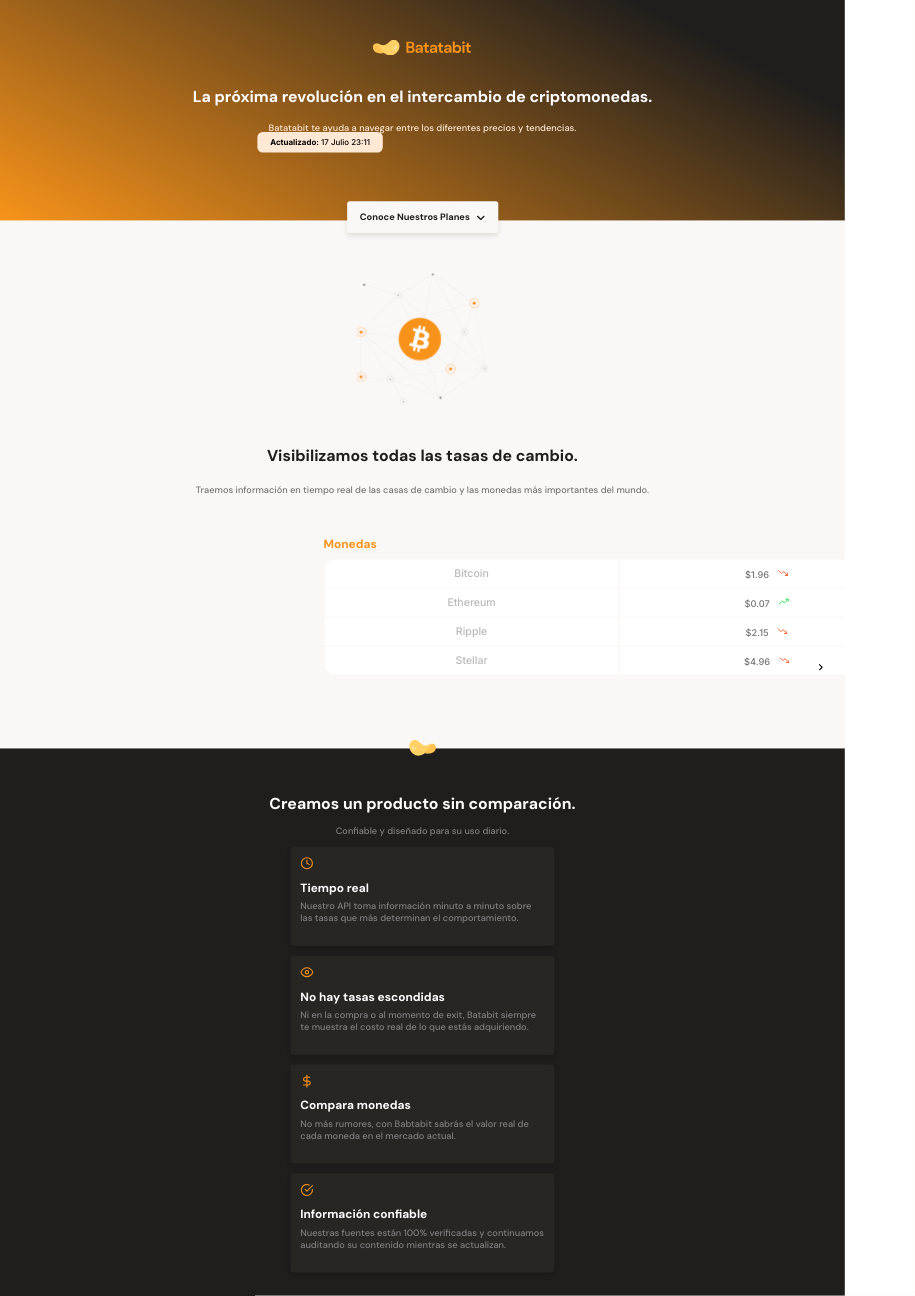
Repository: Pandrea-hub/Batatabit
Page: index.html
An editor plug-in stored every save of this project. The page is shown before and after the next save, followed by the edit.
The browser window is 1280 px wide. The page is 1386 px wide, so the pictures cover 1386 px, including what lies to the right of the window. The pictures show the whole page, at 66% of full size.

Above is the page before, as saved 2022-04-19 09:05:12.

After the next save:
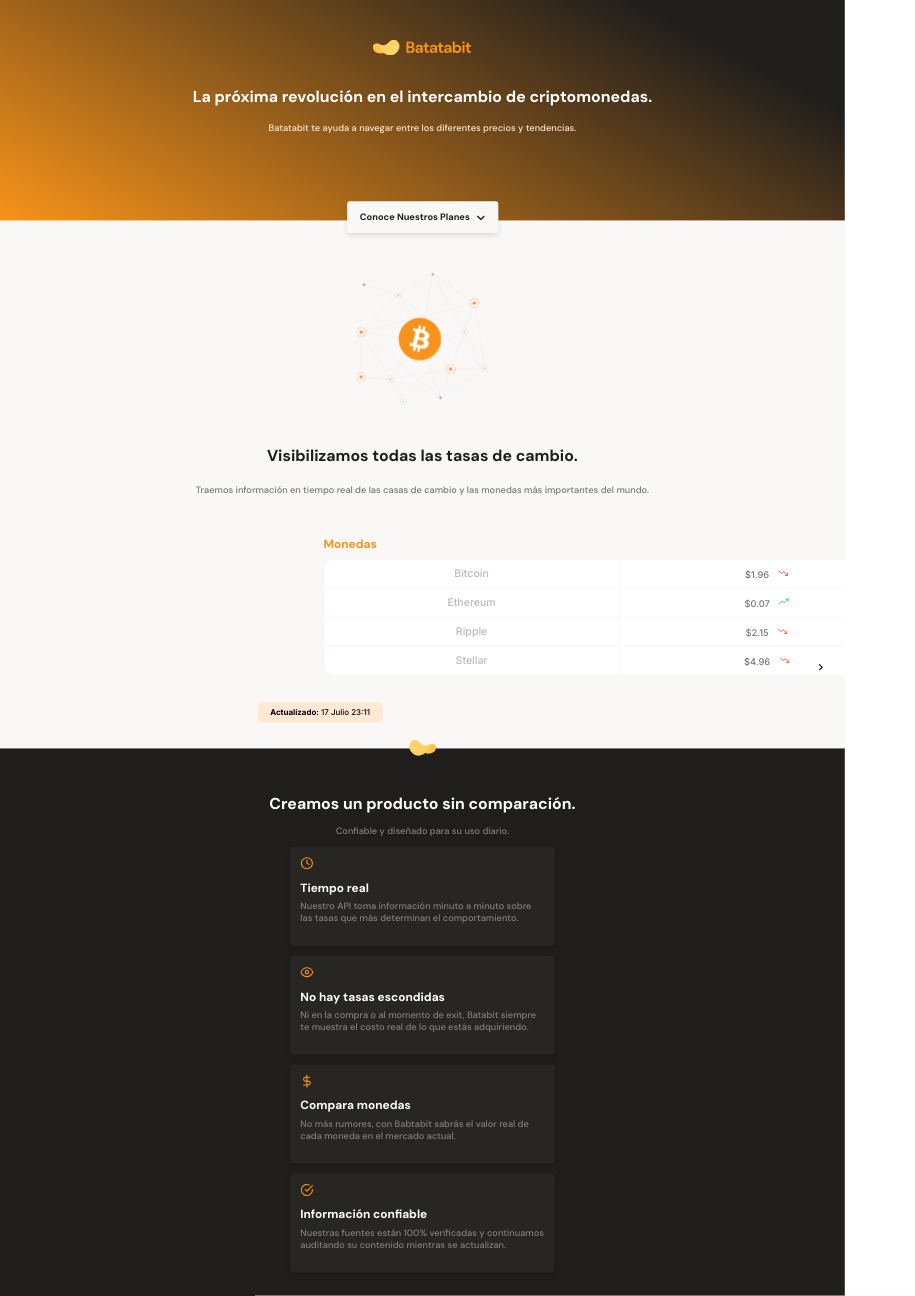
Saved 13 s later.
--- a/style.css
+++ b/style.css
@@ -326,7 +326,7 @@
     position: absolute;
     width: 190px;
     height: 31px;
-    top: 200px;
+    top: 1064px;
     padding: 8px;
     background-color:var(--soft-orange);
     border-radius:8px;
